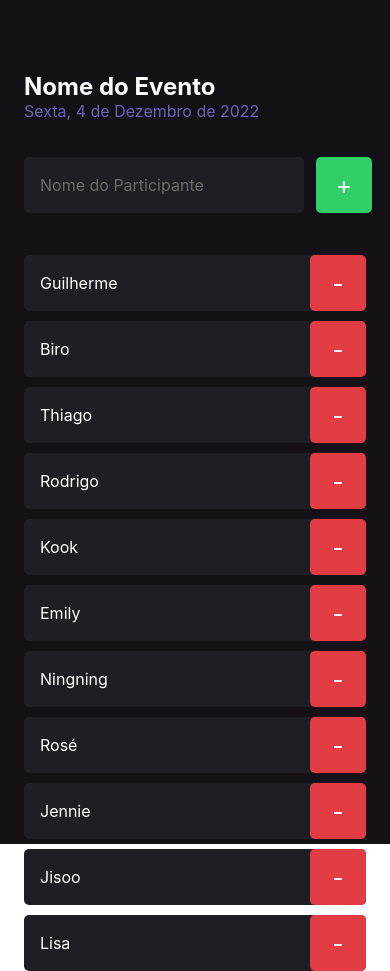
Repository: guilhermecardoso93/reactNative-ignite-imhere
Screen: /
The author's editor kept a copy of each file at every save. The screen is drawn from the files as they stood at one save, then again after a run of saves.
An inner scrolling area shows only its first screen. The app was drawn by React Native's web renderer in a window 390 px wide. The project was rebuilt for these pictures with package versions that can differ from the ones it lists, and the page was loaded fresh each time.

Above is the screen before, as saved 2022-10-03 18:16:22.

### App.tsx
import Home from "./src/screens/Home";

export default function App() {
  return (
    <>
      <Home />
    </>
  );
}

### src/screens/Home/index.tsx
import { Text, View, TextInput, TouchableOpacity } from "react-native";
import { Participant } from "../../components/Participant";

import { styles } from "./styles";

export default function Home() {
  const participants = ["Guilherme", "Biro", "Thiago", "Rodrigo", 'Kook', "Emily", 'Ningning', 'Rosé', 'Jennie', 'Jisoo', 'Lisa'];

  function handleAddPArticipant() {
    console.log("ADD part");
  }

  function handleRemovePArticipant(name: string) {
    console.log(`Você Removeu o ${name}`);
  }

  return (
    <View style={styles.container}>
      <Text style={styles.eventName}>Nome do Evento</Text>
      <Text style={styles.eventDate}>Sexta, 4 de Dezembro de 2022</Text>
      <View style={styles.form}>
        <TextInput
          style={styles.eventInput}
          placeholder="Nome do Participante"
          placeholderTextColor="#6b6b6b"
        />
        <TouchableOpacity style={styles.button} onPress={handleAddPArticipant}>
          <Text style={styles.buttonText}>+</Text>
        </TouchableOpacity>
      </View>
      {participants.map((participant) => {
        return (
          <Participant
            participantName={participant}
            key={participant}
            onRemove={() => handleRemovePArticipant(participant)}
          />
        );
      })}
    </View>
  );
}

### src/components/Participant/index.tsx
import { Text, TouchableOpacity, View } from "react-native";

import { styles } from "./styles";

interface ParticipantProps {
  participantName: string;
  onRemove: () => void;
}

export function Participant({participantName, onRemove} : ParticipantProps ){


  return (
    <View style={styles.container}>
      <Text style={styles.name}>{participantName}</Text>
      <TouchableOpacity style={styles.button} onPress={onRemove}>
          <Text style={styles.buttonText}>-</Text>
        </TouchableOpacity>
    </View>
  )
}

### src/screens/Home/styles.ts
import { StyleSheet } from "react-native";

export const styles = StyleSheet.create({
  container: {
    flex: 1,
    padding: 24,
    backgroundColor: "#131016",
  },
  eventName: {
    color: "#fff",
    fontSize: 24,
    fontWeight: "bold",
    marginTop: 48,
  },
  eventDate: {
    color: "#6b62b6",
    fontSize: 16,
  },

  eventInput: {
    backgroundColor: "#1f1e25",
    color: "#FFF",
    height: 56,
    flex: 1,
    borderRadius: 5,
    padding: 16,
    fontSize: 16,
    marginRight: 12,
  },

  button: {
    width: 56,
    height: 56,
    borderRadius: 5,
    backgroundColor: "#31cf67",
    alignItems: "center",
    justifyContent: "center",
  },
  buttonText: {
    color: "#FFF",
    fontSize: 24,
  },
  form: {
    width: "100%",
    flexDirection: "row",
    marginTop: 36,
    marginBottom: 42,
  },
});

### src/components/Participant/styles.ts
import { StyleSheet } from "react-native";

export const styles = StyleSheet.create({
  container: {
    width: "100%",
    backgroundColor: "#1f1e25",
    borderRadius: 5,
    flexDirection: "row",
    alignItems: "center",
    justifyContent: "space-between",
    marginBottom: 10
  },
  name: {
    color: "#fff",
    flex: 1,
    marginLeft: 16,
    fontSize: 16
  },
  button: {
    width: 56,
    height: 56,
    borderRadius: 5,
    backgroundColor: "#e23c44",
    alignItems: "center",
    justifyContent: "center",
  },
  buttonText: {
    color: "#FFF",
    fontSize: 24,
  },
});

After the next 2 saves:
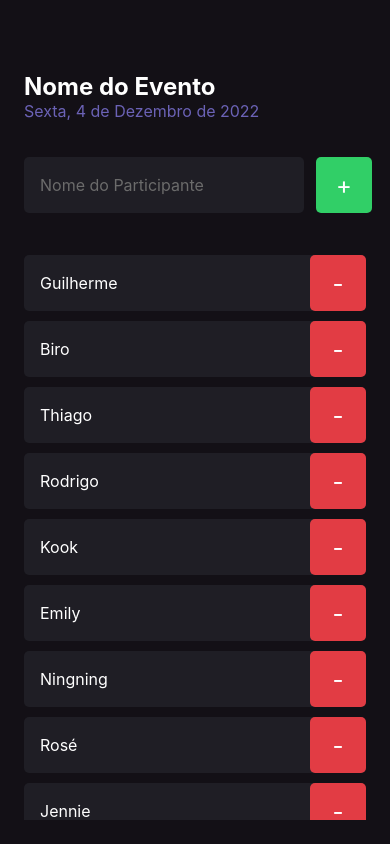
The 2 saves are shown as one change because they came seconds apart.
The last was saved 108 s later.
--- a/src/screens/Home/index.tsx
+++ b/src/screens/Home/index.tsx
@@ -1,10 +1,28 @@
-import { Text, View, TextInput, TouchableOpacity } from "react-native";
+import {
+  Text,
+  View,
+  TextInput,
+  TouchableOpacity,
+  ScrollView,
+} from "react-native";
 import { Participant } from "../../components/Participant";
 
 import { styles } from "./styles";
 
 export default function Home() {
-  const participants = ["Guilherme", "Biro", "Thiago", "Rodrigo", 'Kook', "Emily", 'Ningning', 'Rosé', 'Jennie', 'Jisoo', 'Lisa'];
+  const participants = [
+    "Guilherme",
+    "Biro",
+    "Thiago",
+    "Rodrigo",
+    "Kook",
+    "Emily",
+    "Ningning",
+    "Rosé",
+    "Jennie",
+    "Jisoo",
+    "Lisa",
+  ];
 
   function handleAddPArticipant() {
     console.log("ADD part");
@@ -28,15 +46,17 @@ export default function Home() {
           <Text style={styles.buttonText}>+</Text>
         </TouchableOpacity>
       </View>
-      {participants.map((participant) => {
-        return (
-          <Participant
-            participantName={participant}
-            key={participant}
-            onRemove={() => handleRemovePArticipant(participant)}
-          />
-        );
-      })}
+      <ScrollView>
+        {participants.map((participant) => {
+          return (
+            <Participant
+              participantName={participant}
+              key={participant}
+              onRemove={() => handleRemovePArticipant(participant)}
+            />
+          );
+        })}
+      </ScrollView>
     </View>
   );
 }
